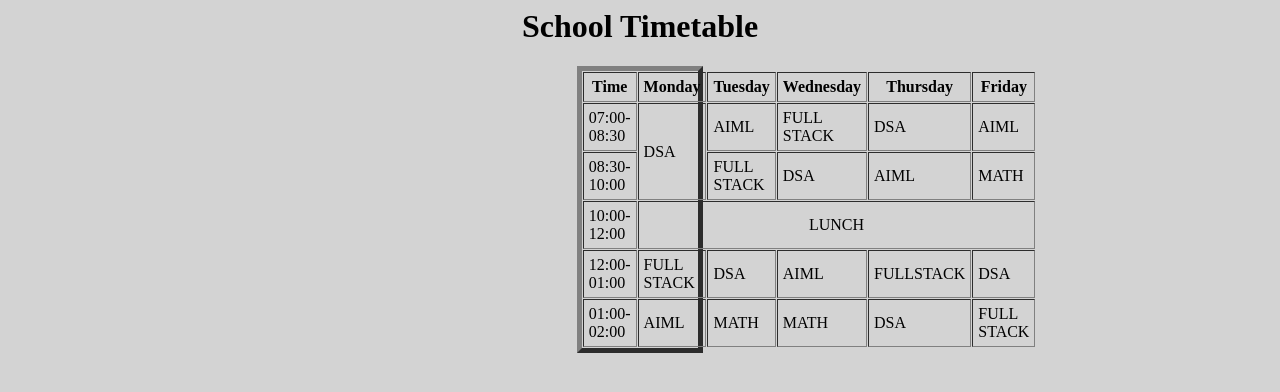
Repository: AdityaTech-Pro/FullStackWithBridgelabz
Page: Assignment2/table/index.html
These files come from the project's save history. The page is drawn as it stood at one moment and after the next save; the edit follows.
The browser window is 1280 px wide. The pictures show the whole page.

Above is the page before, as saved 2025-10-15 08:34:06.

After the next save:
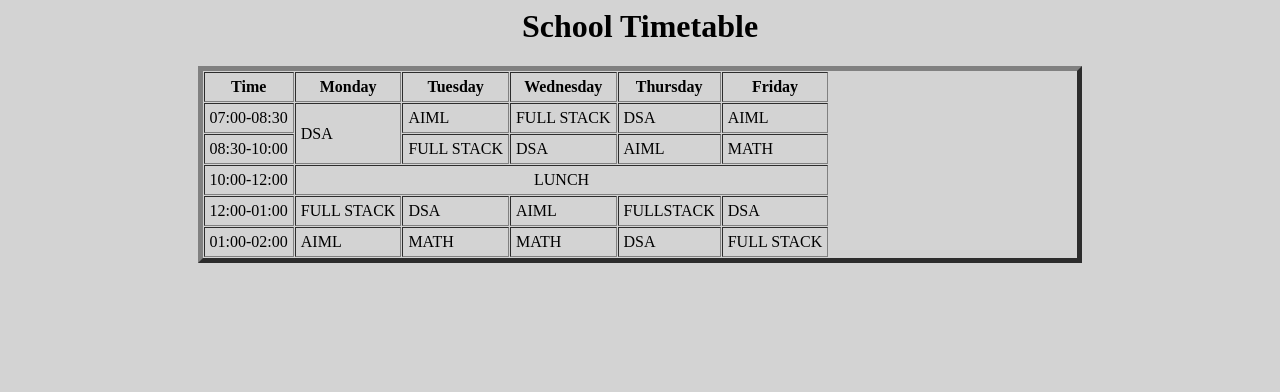
Saved 13 s later.
--- a/Assignment2/table/index.html
+++ b/Assignment2/table/index.html
@@ -14,7 +14,7 @@
             display: block;
             margin-left: auto;
             margin-right: auto;
-            width: 10%;
+            width: 70%;
         }
     </style>
 
